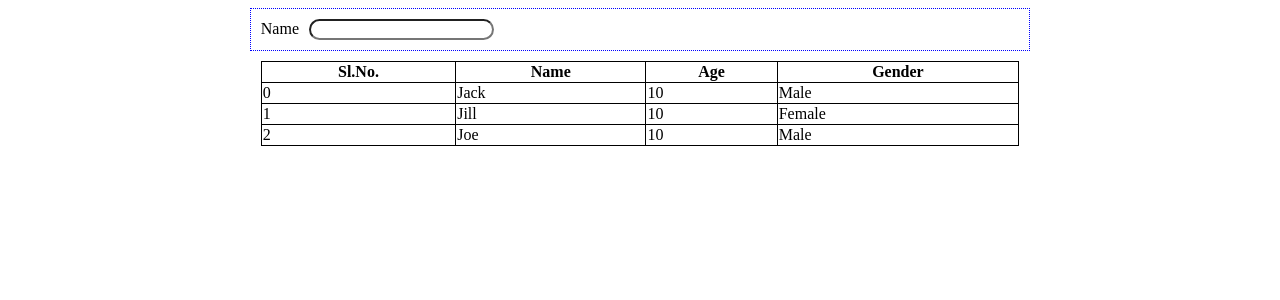
Repository: tysonpaul89/vue-student-crud
Page: /
An editor plug-in stored every save of this project. The page is shown before and after the next save, followed by the edit.
The browser window is 1280 px wide. The pictures show the whole page.
The project was rebuilt for these pictures with package versions that can differ from the ones it lists, and the page was loaded fresh each time.

Above is the page before, as saved 2020-04-10 17:24:59.

After the next save:
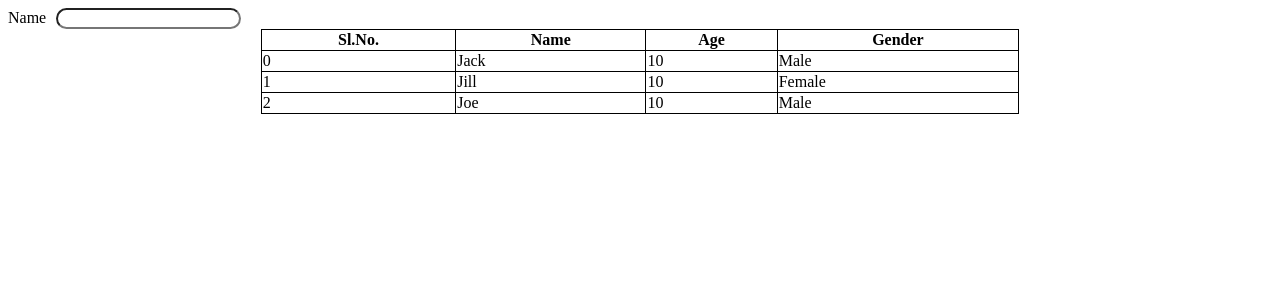
Saved 47 s later.
--- a/src/components/StudentForm.vue
+++ b/src/components/StudentForm.vue
@@ -24,7 +24,7 @@
 </script>
 
 <style scoped>
-  .form-group {
+  .form {
     width: 60%;
     margin: 0 auto;
     margin-bottom: 10px;

After the save that followed:
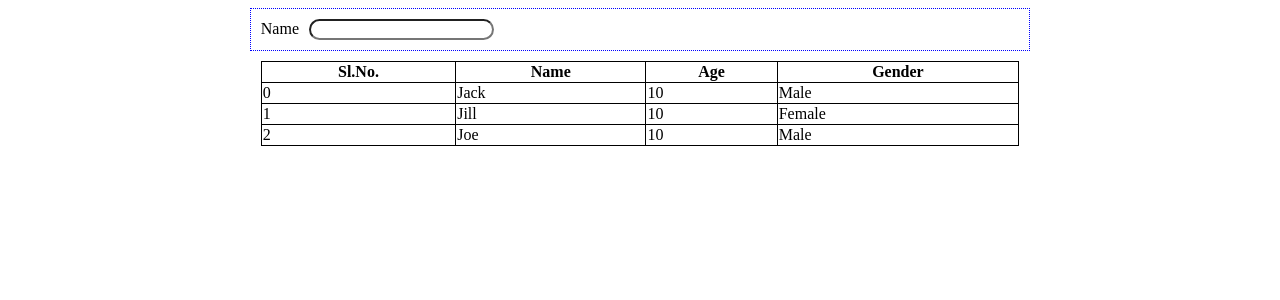
Saved 4 s later.
--- a/src/components/StudentForm.vue
+++ b/src/components/StudentForm.vue
@@ -24,7 +24,7 @@
 </script>
 
 <style scoped>
-  .form {
+  .form-group {
     width: 60%;
     margin: 0 auto;
     margin-bottom: 10px;
